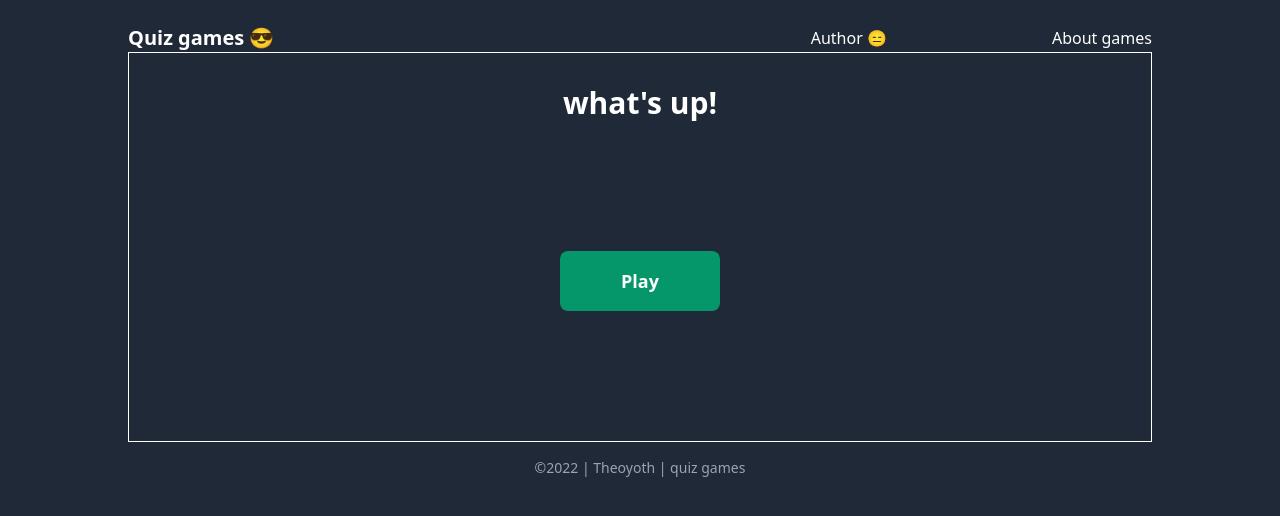
Repository: theoyoth/quiz-game
Page: /
These files come from the project's save history. The page is drawn as it stood at one moment and after the next save; the edit follows.
The browser window is 1280 px wide. The pictures show the whole page.
The project was rebuilt for these pictures with package versions that can differ from the ones it lists, and the page was loaded fresh each time. The framework's server and built-in components were replaced by stand-ins that run in the browser. Also part of the build but not shown: nuxt.config.js, components/Loading.vue, layouts/404.vue, layouts/error.vue, layouts/errorLayout.vue. Imported but missing from the stored project, and not drawn on this page: components/EndPage.vue.

Above is the page before, as saved 2022-06-16 15:59:29.

### assets/css/main.css
@tailwind base;
@tailwind components;
@tailwind utilities;


/* hide scrollbar */
/* ================================ */
* {
  /* for explorer, edge */
  -ms-overflow-style: none;
  /* for firefox */
  scrollbar-width: none;
}
::-webkit-scrollbar {
  /* for chrome, safari, and opera */
  display: none;
}
/* ================================ */

.correct {
  background-color: rgb(23, 87, 170);
}
.incorrect {
  background-color: rgb(204, 49, 41);
}

### components/Footer.vue
.<template>
  <div class="text-center mt-4">
    <p class="text-sm text-gray-400">&copy;2022 | Theoyoth | quiz games</p>
  </div>
</template>

<script>
export default {

}
</script>

### components/Header.vue
<template>
  <div class="flex justify-between items-center">
    <div>
      <h2 class="font-bold text-xl">
        <NuxtLink to="/">Quiz games 😎</NuxtLink>
      </h2>
    </div>
    <div class="lg:w-1/3 sm:w-1/2 md:w-1/3 xl:w-1/3 flex justify-between items-center">
      <NuxtLink to="/">Author 😑</NuxtLink>
      <NuxtLink to="/about">About games</NuxtLink>
    </div>
  </div>
</template>

<script>
export default {

}
</script>

### components/Main.vue
<template>
  <div>
    <div class="lg:px-10 md:px-8 sm:px-4 xl:px-32 py-6 min-h-screen bg-gray-800 text-white">
    <Header />
      <NuxtChild />
    <Footer />
    </div>
  </div>
</template>

<script>
export default {

}
</script>

### layouts/default.vue
<template>
  <Main>
      <Nuxt />
  </Main>
</template>

### pages/index.vue
<template>
  <div class="h-5/6 border border-1 border-white">
    <h1 class="text-3xl mt-8 font-bold text-center">what's up!</h1>
    <div class="flex items-center justify-center h-80">
      <NuxtLink to="/game">
        <div class="w-40 p-4 bg-green-600 hover:bg-green-500 rounded-lg text-center">
          <p class="font-semibold text-lg">Play</p>
        </div>
      </NuxtLink>
    </div>
  </div>
</template>

<script>
export default {
}
</script>

### tailwind.config.js
/** @type {import('tailwindcss').Config} */
module.exports = {
  content: [
    "./components/**/*.{js,vue,ts}",
    "./layouts/**/*.vue",
    "./pages/**/*.vue",
    "./plugins/**/*.{js,ts}",
    "./nuxt.config.{js,ts}",
  ],
  theme: {
    extend: {},
    screens: {
      sm: "410px",
      md: "640px",
      lg: "770px",
      xl: "1024px",
    },
  },
  plugins: [],
};

After the next save:
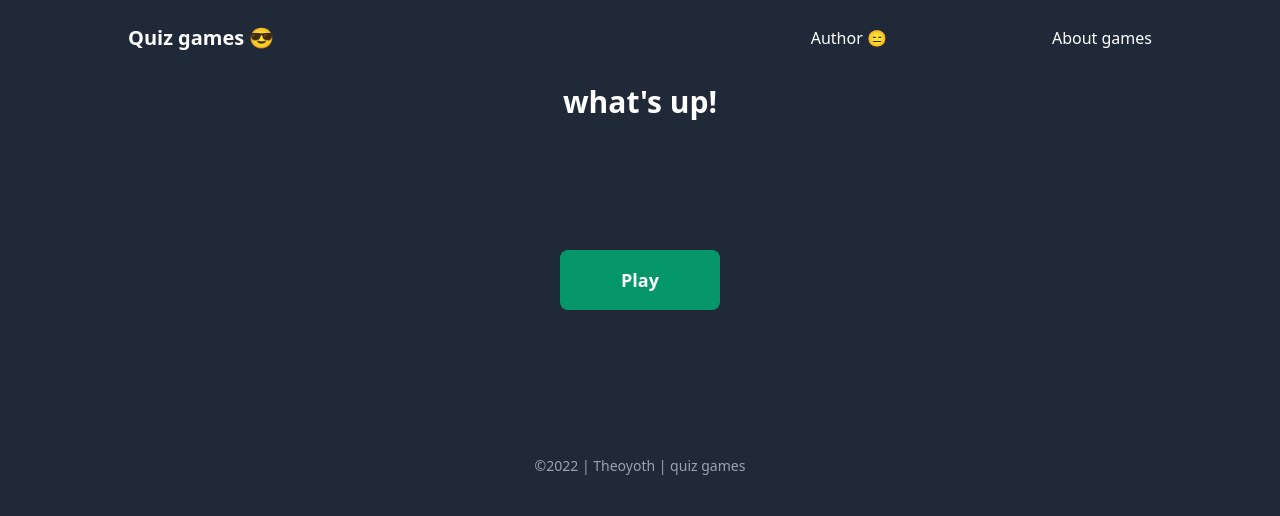
Saved 11 s later.
--- a/pages/index.vue
+++ b/pages/index.vue
@@ -1,5 +1,5 @@
 <template>
-  <div class="h-5/6 border border-1 border-white">
+  <div>
     <h1 class="text-3xl mt-8 font-bold text-center">what's up!</h1>
     <div class="flex items-center justify-center h-80">
       <NuxtLink to="/game">
